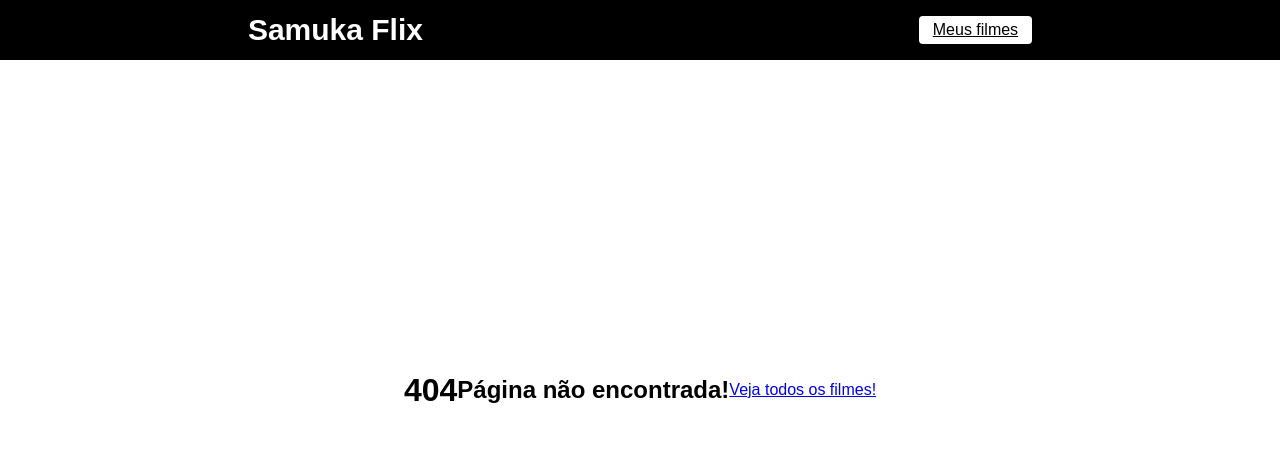
Repository: devsamuel23/primeflix_git
Page: /favoritos
These files come from the project's save history. The page is drawn as it stood at one moment and after the next save; the edit follows.
The browser window is 1280 px wide. The pictures show the whole page.
The project was rebuilt for these pictures with package versions that can differ from the ones it lists, and the page was loaded fresh each time. Also part of the build but not shown: src/pages/Home/home.css, src/pages/Home/index.js, src/pages/Filme/index.js.

Above is the page before, as saved 2023-05-19 23:43:11.

After the next save:
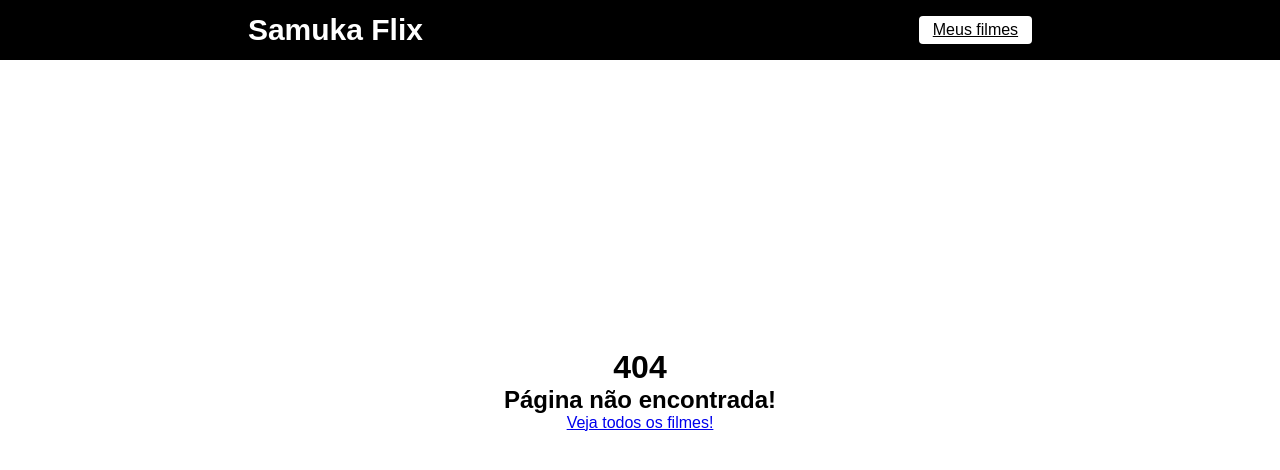
Saved 6 s later.
--- a/src/pages/Erro/Erro.css
+++ b/src/pages/Erro/Erro.css
@@ -4,5 +4,5 @@
     display: flex;
     justify-content: center;
     align-items: center;
-    fle
+    flex-direction: column;
 }
